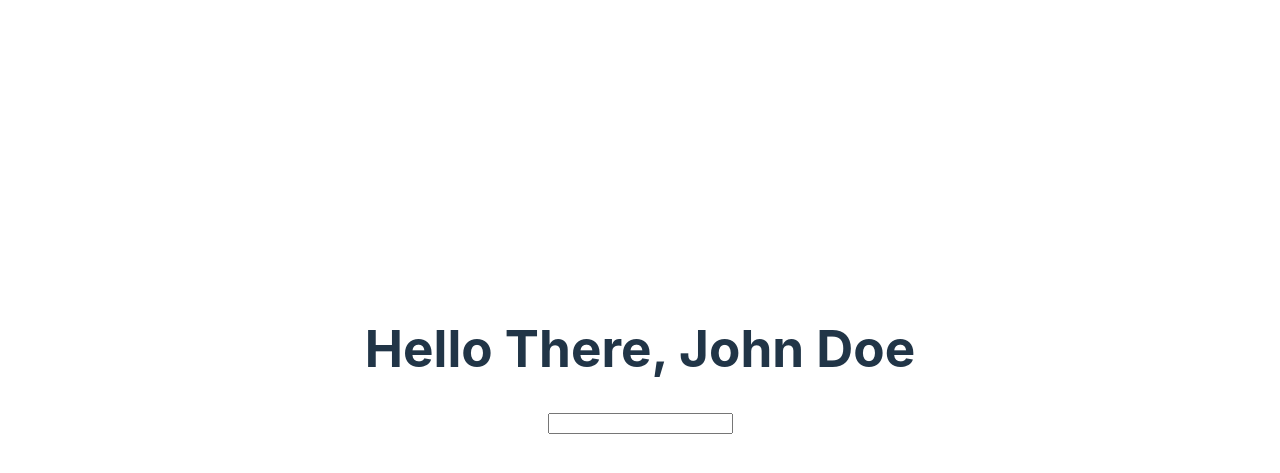
Repository: RonanKhalilOlaes/Olaes_Lab06-07_taskList
Page: /
These files come from the project's save history. The page is drawn as it stood at one moment and after the next save; the edit follows.
The browser window is 1280 px wide. The pictures show the whole page.
The project was rebuilt for these pictures with package versions that can differ from the ones it lists, and the page was loaded fresh each time. Also part of the build but not shown: vite.config.js.

Above is the page before, as saved 2024-10-09 11:54:58.

### src/App.jsx
import { useState } from 'react'
import './App.css'

function App() {

  const state= useState('John Doe')

  let name = 'John Doe';

  function handleKeyDown(e) {
    if (e.key === 'Enter') {
      name = e.target.value;

      console.log(name);

      e.ttarget.value = '';
    }
  }
  return (
    <>

      <h1>Hello There, {name} </h1>

      <input type="text" onKeyDown={handleKeyDown} />


    </>
  );
}

export default App;

// let variable is...
//react only renders when props changes or state changes...

Loaded but not shown: index.html (common file); src/main.jsx (common file); src/index.css (common file); src/App.css (common file)

After the next save:
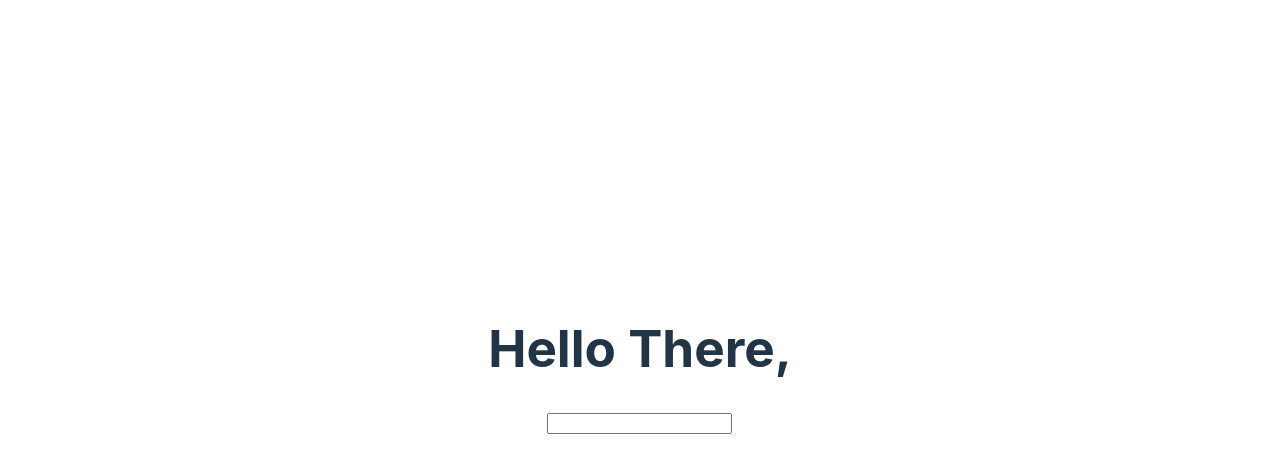
Saved 14 s later.
--- a/src/App.jsx
+++ b/src/App.jsx
@@ -5,7 +5,9 @@
 
   const state= useState('John Doe')
 
-  let name = 'John Doe';
+  // let name = 'John Doe';
+
+  console.log(state);
 
   function handleKeyDown(e) {
     if (e.key === 'Enter') {

After the 4 saves that followed:
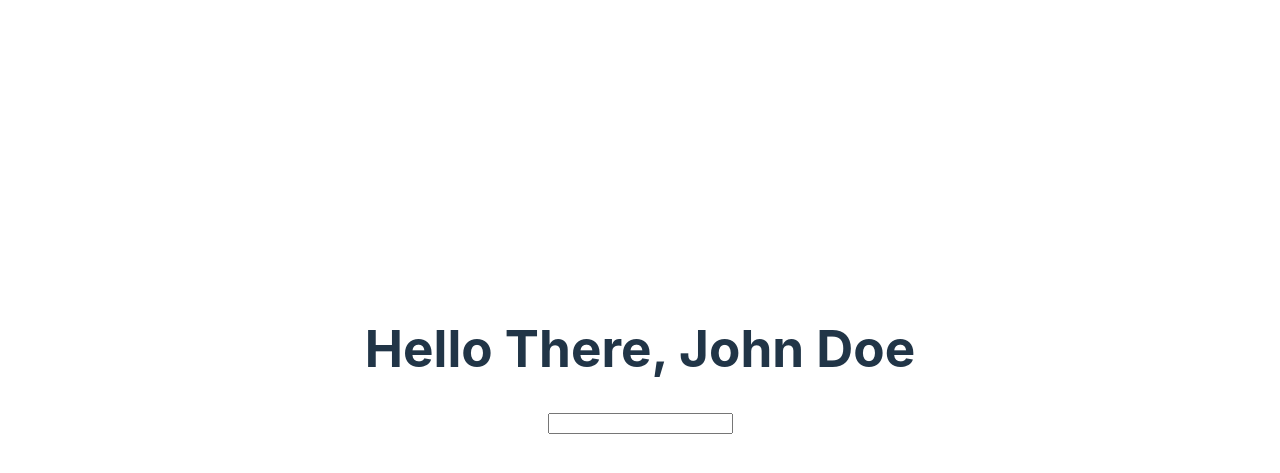
The 4 saves are shown as one change because 2 did not build or start and 1 left the picture as it was.
The last was saved 2 min 30 s later.
--- a/src/App.jsx
+++ b/src/App.jsx
@@ -3,20 +3,23 @@
 
 function App() {
 
-  const state= useState('John Doe')
+  const state= useState('John Doe');
+
+  const name = state [0];
+  const setName = state [1];
 
   // let name = 'John Doe';
 
   console.log(state);
 
   function handleKeyDown(e) {
-    if (e.key === 'Enter') {
-      name = e.target.value;
+    // if (e.key === 'Enter') {
+    //   name = e.target.value;
 
-      console.log(name);
+    //   console.log(name);
 
-      e.ttarget.value = '';
-    }
+    //   e.ttarget.value = '';
+    // }
   }
   return (
     <>
